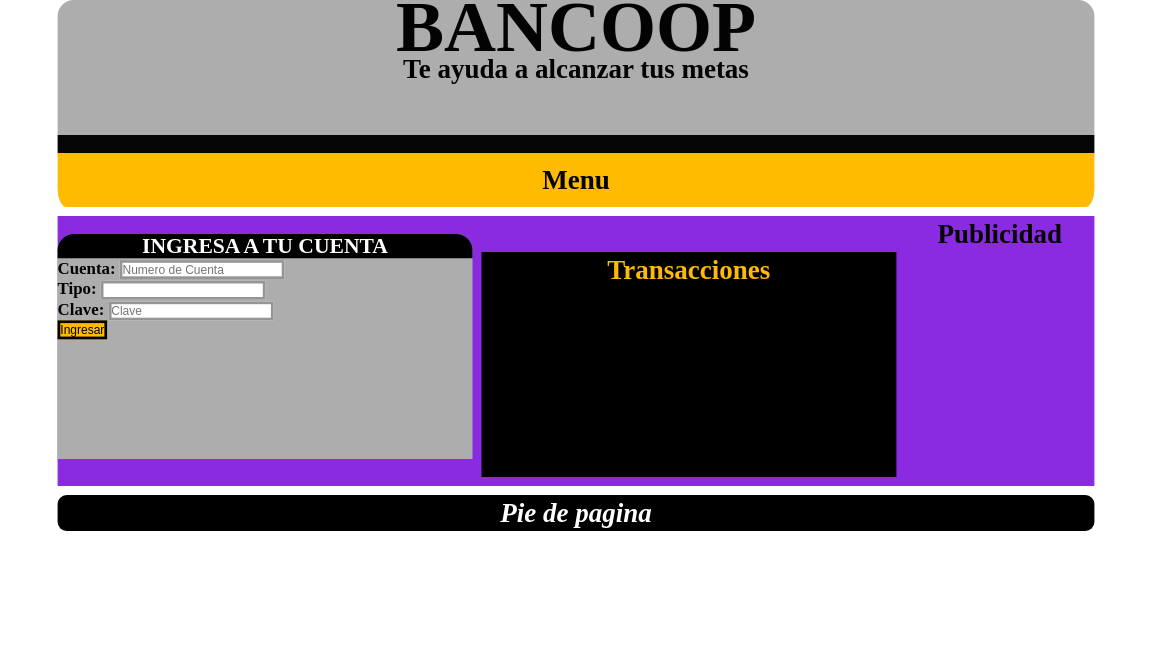
Repository: NickArregoces/BANCOOP
Page: Index.html
The author's editor kept a copy of each file at every save. The page is drawn from the files as they stood at one save, then again after the next save.
The browser window is 1280 px wide. The pictures show the whole page, at 90% of full size.

Above is the page before, as saved 2021-09-29 17:29:25.

After the next save:
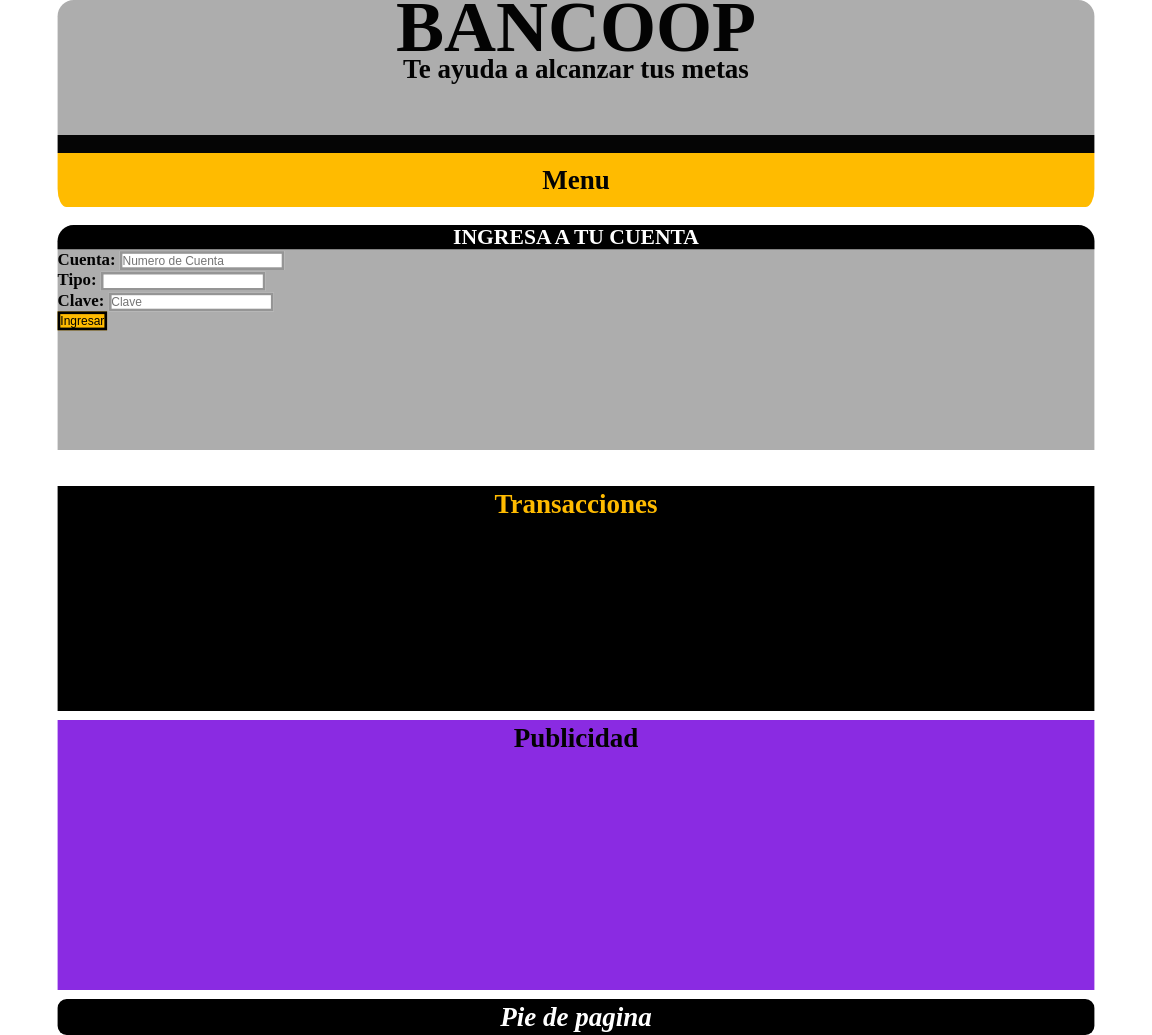
Saved 17 s later.
--- a/CSS/Style.css
+++ b/CSS/Style.css
@@ -54,8 +54,8 @@ form{
     background: rgb(173, 173, 173);
     border-top-left-radius: 18px;
     border-top-right-radius: 18px;
-    float: left;
-    width: 40%;
+
+    width: 100%;
     margin-top: 20px;
     margin-right:10px;
     margin-bottom: 10px;
@@ -78,8 +78,8 @@ form{
     }
 
 article {
-    float: left;
-    width: 40%;
+
+    width: 100%;
     height: 250px;
     background: rgb(0, 0, 0);
     margin-top: 40px;
